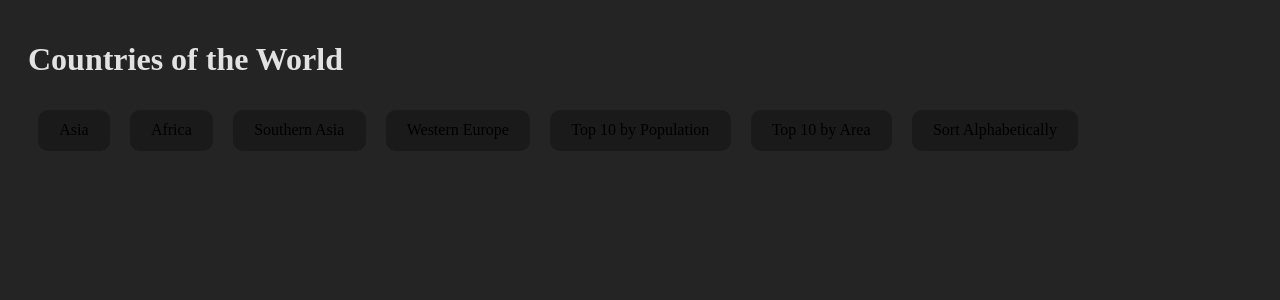
Repository: SandyLy453/comp-lab10
Page: /
The author's editor kept a copy of each file at every save. The page is drawn from the files as they stood at one save, then again after the next save.
The browser window is 1280 px wide. The pictures show the whole page.
The page's requests for data from a server got no answer. The project was rebuilt for these pictures with package versions that can differ from the ones it lists, and the page was loaded fresh each time. No one was signed in, and anything a server would have sent is missing. Also part of the build but not shown: vite.config.js, src/components/Contry.jsx.

Above is the page before, as saved 2024-11-14 23:00:48.

After the next save:
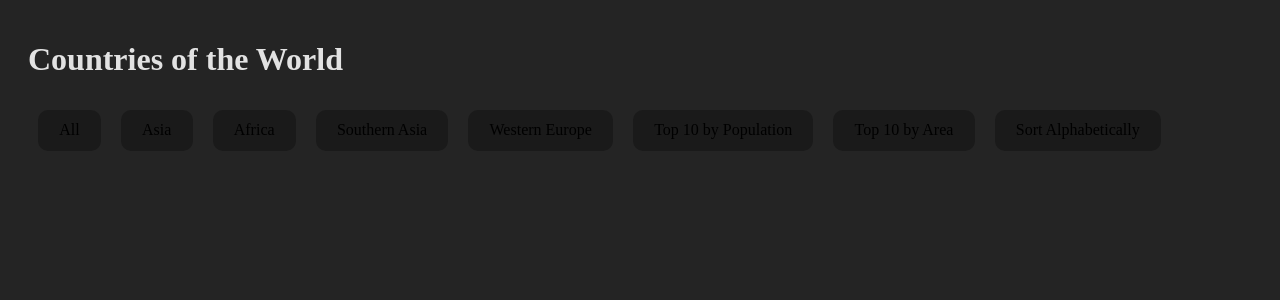
Saved 18 s later.
--- a/src/App.jsx
+++ b/src/App.jsx
@@ -63,6 +63,7 @@ function App() {
       <div className="container">
         <h1>Countries of the World</h1>
         <div>
+        <button onClick={() => handleFilter("all", "")}>All</button>
           <button onClick={() => handleFilter("continent", "Asia")}>Asia</button>
           <button onClick={() => handleFilter("continent", "Africa")}>Africa</button>
           <button onClick={() => handleFilter("subregion", "Southern Asia")}>Southern Asia</button>
